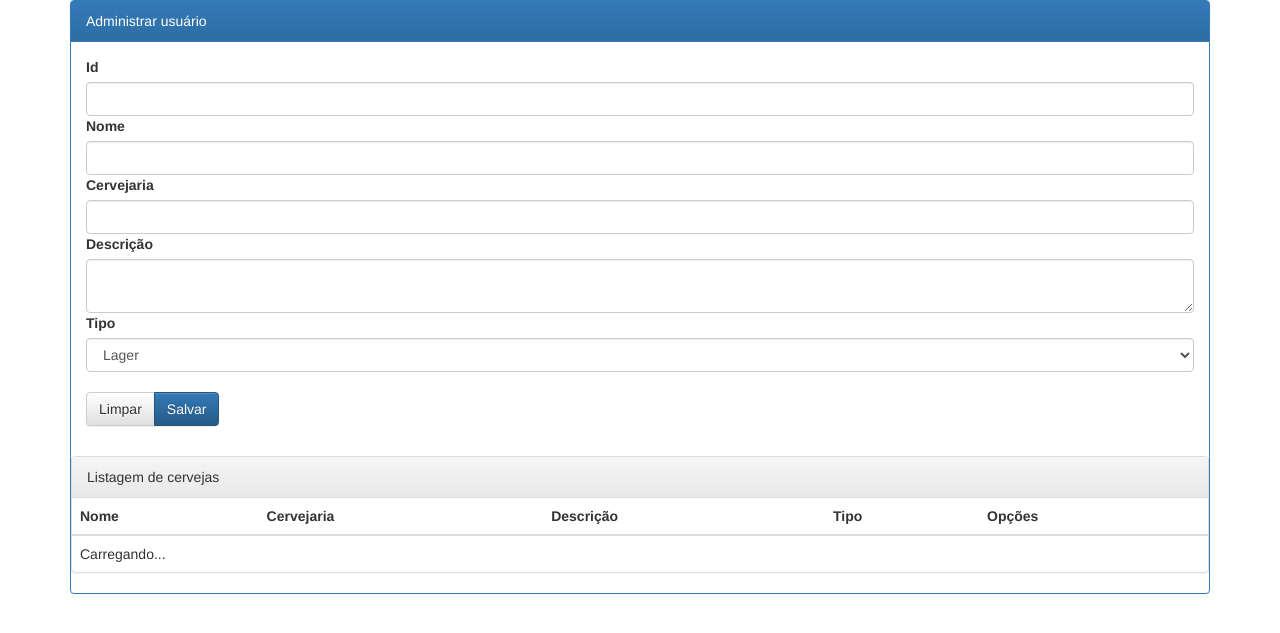
Repository: heloisakrajewski/projeto-leo
Page: Projeto/pyrafilms/WebContent/index.html
The author's editor kept a copy of each file at every save. The page is drawn from the files as they stood at one save, then again after the next save.
The browser window is 1280 px wide. The pictures show the whole page.

Above is the page before, as saved 2016-11-21 21:15:20.
Console error: ReferenceError: listarCervejas is not defined

### Projeto/pyrafilms/WebContent/index.html
<!DOCTYPE html>
<html lang="pt-br">
<head>
<meta charset="utf-8">
<meta http-equiv="X-UA-Compatible" content="IE=edge">
<meta name="viewport" content="width=device-width, initial-scale=1">
<!-- As 3 meta tags acima *devem* vir em primeiro lugar dentro do `head`; qualquer outro conteúdo deve vir *após* essas tags -->
<title>Pyra Films</title>

<!-- Bootstrap -->
<link href="css/bootstrap.min.css" rel="stylesheet">
<link href="css/bootstrap-theme.min.css" rel="stylesheet">

</head>
<body>

	<div class="container">

		<div class="panel panel-primary">
			<div class="panel-heading">Administrar usuário</div>
			<div class="panel-body">

				<form id="criarCervejaForm">
					<div class="form-group">
						<label>Id</label>
						<input type="text" class="form-control"name="id" />

						<label>Nome</label>
						<input type="text" class="form-control" name="nome" />

						<label>Cervejaria</label>
						<input type="text" class="form-control" name="cervejaria" />

						<label>Descrição</label>
						<textarea rows="" 10 cols="10" class="form-control" name="descricao"></textarea>

						<label>Tipo</label>
						<select name="tipo" class="form-control">
							<option value="LAGER" selected="selected">Lager</option>
							<option value="PILSEN">Pilsen</option>
							<option value="BOCK">Bock</option>
							<option value="WEIZEN">Weizen</option>
						</select>
						<br />

						<div class="btn-block btn-group">
						<input type="reset" class="btn btn-default" value="Limpar" />
						<input type="button" class="btn btn-primary" value="Salvar"
							onclick="adicionaCerveja();" />
						</div>
					</div>
				</form>
			</div>
			<div class="panel panel-default">
				<!-- Default panel contents -->
				<div class="panel-heading">Listagem de cervejas</div>
				<table id="grid" class="table">
					<thead>
						<tr>
							<th>Nome</th>
							<th>Cervejaria</th>
							<th>Descrição</th>
							<th>Tipo</th>
							<th>Opções</th>
						</tr>
					</thead>
					<tr>
						<td colspan="5">Carregando...</td>
					</tr>
				</table>
			</div>
		</div>
	</div>

	<div id="images" class="panel" style="float: left;"></div>

	<script src="js/jquery-1.10.2.min.js" type="text/javascript"></script>
	<script src="js/json.js" type="text/javascript"></script>
	<script src="js/bootstrap.min.js"></script>
	<script src="js/custom.js" type="text/javascript"></script>
	<script type="text/javascript">
		listarCervejas();
	</script>
</body>
</html>

### Projeto/pyrafilms/WebContent/js/json.js
/*!
  SerializeJSON jQuery plugin.
  https://github.com/marioizquierdo/jquery.serializeJSON
  version 1.0.1 (Aug 20, 2012)

  Copyright (c) 2012 Mario Izquierdo
  Dual licensed under the MIT (http://www.opensource.org/licenses/mit-license.php)
  and GPL (http://www.opensource.org/licenses/gpl-license.php) licenses.
*/
(function ($) {
  "use strict";

  $.fn.serializeJSON = function () {
    var obj, formAsArray;
    obj = {};
    formAsArray = this.serializeArray();

    $.each(formAsArray, function (i, input) {
      var name, value, keys;
      name = input.name;
      value = input.value;

      // Split the input name in programatically readable keys
      // name = "foo"              => keys = ['foo']
      // name = "[foo]"            => keys = ['foo']
      // name = "foo[inn][bar]"    => keys = ['foo', 'inn', 'bar']
      // name = "foo[inn][arr][0]" => keys = ['foo', 'inn', 'arr', '0']
      // name = "arr[][val]"       => keys = ['arr', '', 'val']
      keys = $.map(name.split('['), function (key) {
        var last;
        last = key[key.length - 1];
        return last === ']' ? key.substring(0, key.length - 1) : key;
      });
      if (keys[0] === '') { keys.shift(); } // "[foo][inn]" should be same as "foo[inn]"

      // Set value in the object using the keys
      $.deepSet(obj, keys, value);
    });
    return obj;
  };

  // Auxiliar function to check if a variable is an Object
  var isObject = function (obj) {
    return obj === Object(obj);
  };

  /**
  Access the object in a deep key and assigns the value:

  // Examples:
  deepSet(obj, ['foo'], v)                //=> obj['foo'] = v
  deepSet(obj, ['foo', 'inn'], v)         //=> obj['foo']['inn'] = v // Create the inner obj['foo'] object, if needed
  deepSet(obj, ['foo', 'inn', 'inn'], v)  //=> obj['foo']['inn']['inn'] = v
  deepSet(obj, ['0'], v)                  //=> obj[0] = v // obj may be an Array
  deepSet(obj, [''], v)                   //=> obj.push(v) // assume obj as array, and add a new value to the end
  deepSet(obj, ['arr', '0'], v)           //=> obj['arr']['0'] = v // obj['arr'] is created as Array if needed
  deepSet(obj, ['arr', ''], v)            //=> obj['arr'].push(v)
  deepSet(obj, ['foo', 'arr', '0'], v)    //=> obj['foo']['arr'][0] = v // obj['foo'] is created as object and obj['foo']['arr'] as a Array, if needed
  deepSet(obj, ['arr', '0', 'foo'], v)    //=> obj['arr']['0']['foo'] = v // obj['foo'] is created as object and obj['foo']['arr'] as a Array and obj['foo']['arr'][0] as object, if needed

  // Complex example with array empty index,
  // it creates a new element, unless there is a nested non repeated key, so it assigns to the last element object:
  var arr = []
  deepSet(arr, [''], v)                   //=> arr === [v]
  deepSet(arr, ['', 'foo'], v)            //=> arr === [v, {foo: v}]
  deepSet(arr, ['', 'bar'], v)            //=> arr === [v, {foo: v, bar: v}]
  deepSet(arr, ['', 'bar'], v)            //=> arr === [v, {foo: v, bar: v}, {bar: v}]
  */
  $.deepSet = function (obj, keys, value) {
    if (!keys || keys.length === 0) { throw new Error("ArgumentError: keys param expected to be an array with least one key"); }
    var key, next, tail, defaultIfNotDefined, lastKey, lastElement;
    key = keys[0];
    next = keys[1];
    if (next !== undefined && next !== null) {
      tail = keys.slice(1);
      if (key === '') { // Empty key with => merge keys in the object element
        lastKey = obj.length - 1;
        lastElement = obj[obj.length - 1];
        if (isObject(lastElement) && !lastElement[next]) { // if next key is a new attribute in the last object element then set the new value in there
          key = lastKey;
        } else { // if the array does not have an object as last element, create one
          obj.push({});
          key = lastKey + 1;
        }
      }
      if (obj[key] === undefined) { // obj[key] ||= defaultIfNotDefined
        defaultIfNotDefined = (next === '' || !isNaN(parseInt(next, 10))) ? [] : {}; // Array or Object depending on next key
        obj[key] = defaultIfNotDefined;
      }
      $.deepSet(obj[key], tail, value); // Recursive access the inner Object
    } else {
      if (key === '') {
        obj.push(value);
      } else {
        obj[key] = value;
      }
    }
  };

}(jQuery));

Loaded but not shown: Projeto/pyrafilms/WebContent/css/bootstrap.min.css (library); Projeto/pyrafilms/WebContent/css/bootstrap-theme.min.css (library); Projeto/pyrafilms/WebContent/js/jquery-1.10.2.min.js (library); Projeto/pyrafilms/WebContent/js/bootstrap.min.js (library); Projeto/pyrafilms/WebContent/js/custom.js (no copy from this time; the picture is the same without it)

After the next save:
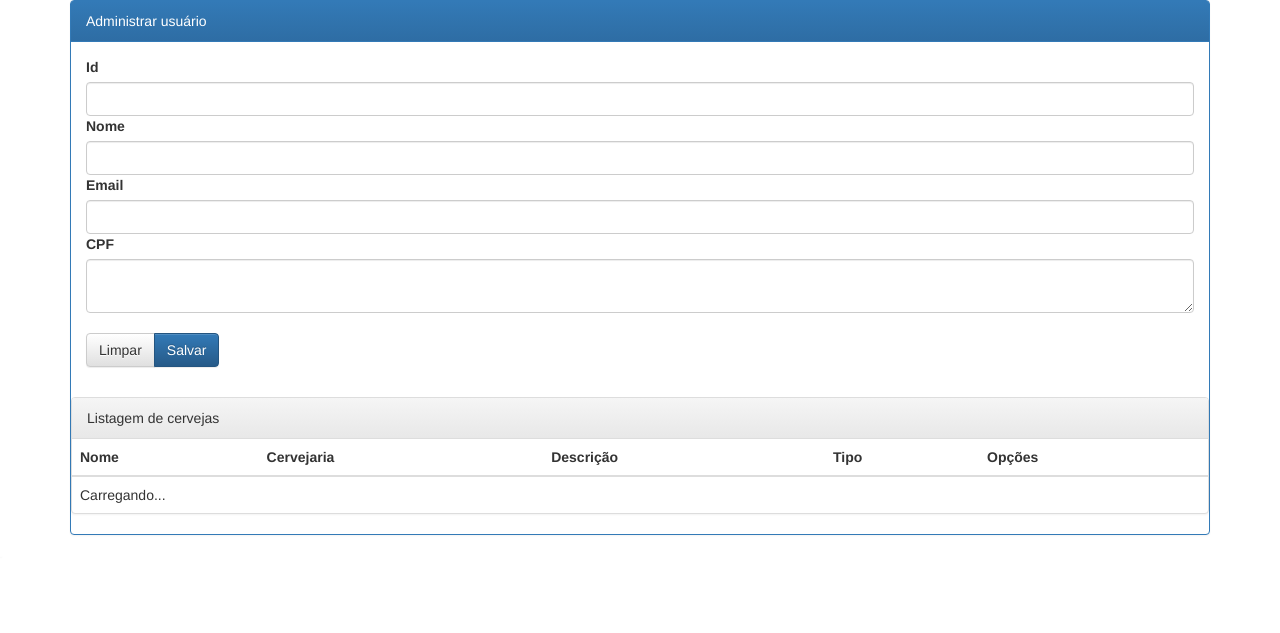
Saved 55 s later.
--- a/Projeto/pyrafilms/WebContent/index.html
+++ b/Projeto/pyrafilms/WebContent/index.html
@@ -28,19 +28,12 @@
 						<label>Nome</label>
 						<input type="text" class="form-control" name="nome" />
 
-						<label>Cervejaria</label>
-						<input type="text" class="form-control" name="cervejaria" />
+						<label>Email</label>
+						<input type="text" class="form-control" name="email" />
 
-						<label>Descrição</label>
-						<textarea rows="" 10 cols="10" class="form-control" name="descricao"></textarea>
+						<label>CPF</label>
+						<textarea rows="" 10 cols="10" class="form-control" name="cpf"></textarea>
 
-						<label>Tipo</label>
-						<select name="tipo" class="form-control">
-							<option value="LAGER" selected="selected">Lager</option>
-							<option value="PILSEN">Pilsen</option>
-							<option value="BOCK">Bock</option>
-							<option value="WEIZEN">Weizen</option>
-						</select>
 						<br />
 
 						<div class="btn-block btn-group">
